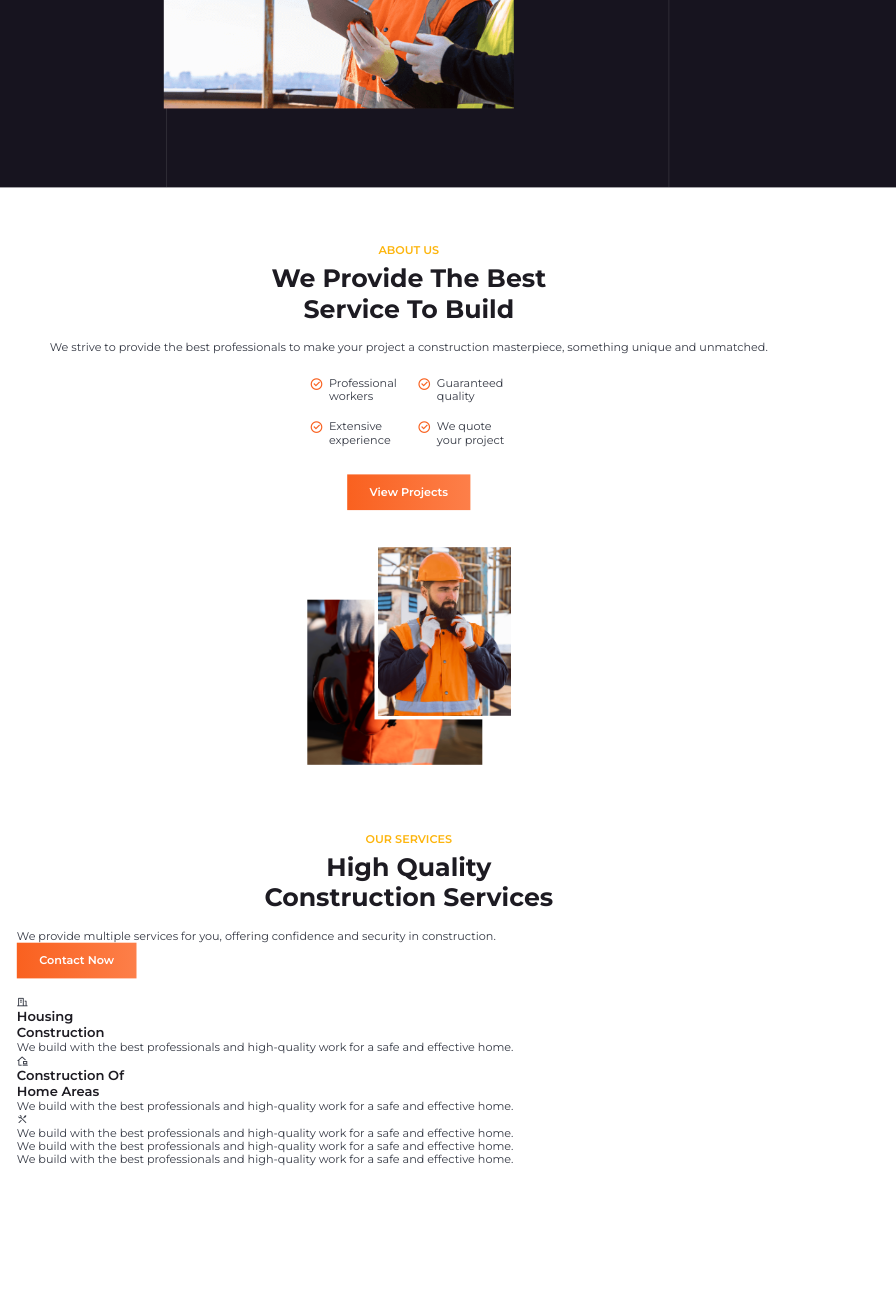
Repository: douglasabnovato/construction
Page: index.html
An editor plug-in stored every save of this project. The page is shown before and after a run of saves, followed by the edit.
The browser window is 1280 px wide. The pictures show the part of the page from y = 1554 to 3474 px (the page is 3428 px tall before and 3474 px after), at 70% of full size.

Above is the page before, as saved 2025-05-01 12:51:17.

### index.html
<!DOCTYPE html>
<html lang="en">
  <head>
    <meta charset="UTF-8" />
    <meta name="viewport" content="width=device-width, initial-scale=1.0" />

    <!--=============== FAVICON ===============-->
    <link
      rel="shortcut icon"
      href="assets/img/favicon.png"
      type="image/x-icon"
    />

    <!--=============== REMIXICONS ===============-->
    <link
      rel="stylesheet"
      href="https://cdnjs.cloudflare.com/ajax/libs/remixicon/4.2.0/remixicon.css"
    />

    <!--=============== SWIPER CSS ===============-->
    <link rel="stylesheet" href="" />

    <!--=============== CSS ===============-->
    <link rel="stylesheet" href="assets/css/styles.css" />

    <title>Construction</title>
  </head>
  <body>
    <!--==================== HEADER ====================-->
    <header class="header bg-header" id="header">
      <nav class="nav container">
        <a href="#" class="nav__logo">
          <i class="ri-bulding-3-line"></i>
          <span>Construct</span>
        </a>
        <div class="nav__menu" id="nav-menu">
          <u class="nav__list">
            <li>
              <a href="#home" class="nav__link">Home</a>
            </li>
            <li>
              <a href="#aboutus" class="nav__link"> About Us</a>
            </li>
            <li>
              <a href="#services" class="nav__link"> Services</a>
            </li>
            <li>
              <a href="#projects" class="nav__link"> Projects</a>
            </li>
            <li>
              <a href="#contactus" class="nav__link button"> Contact Us</a>
            </li>
          </u>
          <!-- Close Button -->
          <div class="nav__close" id="nav-close">
            <i class="ri-close-large-line"></i>
          </div>
        </div>
        <!-- Toggle menu -->
        <div class="nav__toggle" id="nav-toggle">
          <i class="ri-apps-2-line"></i>
        </div>
      </nav>
    </header>

    <!--==================== MAIN ====================-->
    <main class="main">
      <!--==================== HOME ====================-->
      <section class="home section" id="home">
        <img
          src="./assets/img/home-lines-bg.svg"
          alt="image"
          class="home__lines"
        />
        <div class="home__container container grid">
          <div class="home__container grid">
            <div class="home__data">
              <h1 class="home__title">
                Create The<br />
                Constructions<br />
                You Want Here
              </h1>
              <p class="home__description">
                We provide the best home design, construction and maintenance
                services for you and your family.
              </p>
              <div class="home__buttons">
                <a href="#services" class="button">Our Services</a>
                <a href="#projects" class="button__link"
                  ><span>View Projects</span> <i class="ri-arrow-right-line"></i
                ></a>
              </div>
            </div>
            <div class="home__info">
              <div>
                <h3 class="home__info-title">10+</h3>
                <p class="home__info-description">
                  Years of <br />
                  Experience
                </p>
              </div>
              <div>
                <h3 class="home__info-title">200</h3>
                <p class="home__info-description">
                  Complete <br />
                  Projects
                </p>
              </div>
            </div>
          </div>
          <div class="home__images">
            <img src="./assets/img/home-img-1.png" alt="imagem" />
            <img src="./assets/img/home-img-2.png" alt="imagem" />
          </div>
        </div>
      </section>

      <!--==================== ABOUT ====================-->
      <section class="about section" id="about">
        <div class="about__container container grid">
          <div class="about__data">
            <span class="section__subtitle">ABOUT US</span>
            <h2 class="section__title">
              We Provide The Best <br />
              Service To Build
            </h2>
            <p class="about__description">
              We strive to provide the best professionals to make your project a
              construction masterpiece, something unique and unmatched.
            </p>
            <ul class="about__list grid">
              <li class="about__list-item">
                <i class="ri-checkbox-circle-line"></i>
                <span>Professional workers</span>
              </li>
              <li class="about__list-item">
                <i class="ri-checkbox-circle-line"></i>
                <span>Guaranteed quality</span>
              </li>
              <li class="about__list-item">
                <i class="ri-checkbox-circle-line"></i>
                <span>Extensive experience</span>
              </li>
              <li class="about__list-item">
                <i class="ri-checkbox-circle-line"></i>
                <span>We quote your project</span>
              </li>
            </ul>
            <a href="#" class="button">View Projects</a>
          </div>
          <div class="about__images">
            <img
              src="./assets/img/about-img-1.png"
              alt="image"
              class="about__img-1"
            />
            <img
              src="./assets/img/about-img-2.png"
              alt="image"
              class="about__img-2"
            />
          </div>
        </div>
      </section>

      <!--==================== SERVICES ====================-->
      <section class="services section" id="services">
        <div class="services__container container grid">
          <div class="services__data">
            <div>
              <span class="section__subtitle">OUR SERVICES</span>
              <h2 class="section__title">
                High Quality <br />
                Construction Services
              </h2>
            </div>
            <p class="services__description">
              We provide multiple services for you, offering confidence and
              security in construction.
            </p>
            <a href="#contact" class="button">Contact Now</a>
          </div>
          <div class="services__swiper">
            <div>
              <article class="services__card">
                <div class="services__icon">
                  <i class="ri-building-line"></i>
                </div>
                <h3 class="services__title">
                  Housing <br />
                  Construction
                </h3>
                <p>
                  We build with the best professionals and high-quality work for
                  a safe and effective home.
                </p>
              </article>
              <article class="services__card">
                <div class="services__icon">
                  <i class="ri-home-office-line"></i>
                </div>
                <h3 class="services__title">
                  Construction Of <br />
                  Home Areas
                </h3>
                <p>
                  We build with the best professionals and high-quality work for
                  a safe and effective home.
                </p>
              </article>
              <article class="services__card">
                <div class="services__icon"><i class="ri-tools-line"></i></div>
                <h3 class="services__title"></h3>
                <p>
                  We build with the best professionals and high-quality work for
                  a safe and effective home.
                </p>
              </article>
              <article class="services__card">
                <div class="services__icon"></div>
                <h3 class="services__title"></h3>
                <p>
                  We build with the best professionals and high-quality work for
                  a safe and effective home.
                </p>
              </article>
              <article class="services__card">
                <div class="services__icon"></div>
                <h3 class="services__title"></h3>
                <p>
                  We build with the best professionals and high-quality work for
                  a safe and effective home.
                </p>
              </article>
            </div>
          </div>
          <!-- Navigation buttons -->
        </div>
        <div class="services__shape"></div>
      </section>

      <!--==================== PROJECTS ====================-->
      <section class="projects section" id="projects"></section>

      <!--==================== CONTACT ====================-->
      <section class="contact section" id="contact"></section>
    </main>

    <!--==================== FOOTER ====================-->
    <footer class="footer"></footer>

    <!--========== SCROLL UP ==========-->

    <!--=============== SCROLLREVEAL ===============-->
    <script src=""></script>

    <!--=============== SWIPER JS ===============-->
    <script src=""></script>

    <!--=============== MAIN JS ===============-->
    <script src="assets/js/main.js"></script>
  </body>
</html>

### assets/css/styles.css
/*=============== GOOGLE FONTS ===============*/
@import url("https://fonts.googleapis.com/css2?family=Montserrat:wght@100..900&display=swap");

/*=============== VARIABLES CSS ===============*/
:root {
  --header-height: 3.5rem;

  /*========== Colors ==========*/
  /*Color mode HSL(hue, saturation, lightness)*/
  --first-color: hsl(18, 95%, 55%);
  --second-color: hsl(42, 98%, 52%);
  --first-gradient: linear-gradient(
    90deg,
    hsl(18, 95%, 55%),
    hsl(18, 98%, 64%)
  );
  --title-color: hsl(255, 12%, 12%);
  --text-color: hsl(225, 12%, 24%);
  --text-color-light: hsl(255, 4%, 70%);
  --body-color: hsl(0, 0%, 100%);
  --container-color: hsl(0, 0%, 100%);
  --white-color: hsl(0, 0%, 100%);
  --black-color: hsl(255, 20%, 10%);
  --gray-border: hsl(255, 6%, 90%);
  --black-border: hsl(255, 10%, 20%);

  /*========== Font and typography ==========*/
  /*.5rem = 8px | 1rem = 16px ...*/
  --body-font: "Montserrat", sans-serif;
  --big-font-size: 2.25rem;
  --h1-font-size: 1.5rem;
  --h2-font-size: 1.25rem;
  --h3-font-size: 1rem;
  --normal-font-size: 0.938rem;
  --small-font-size: 0.813rem;

  /*========== Font weight ==========*/
  --font-regular: 400;
  --font-medium: 500;
  --font-semi-bold: 600;
  --font-bold: 700;

  /*========== z index ==========*/
  --z-tooltip: 10;
  --z-fixed: 100;
}

/*========== Responsive typography ==========*/
@media screen and (min-width: 1150px) {
  :root {
    --big-font-size: 3.5rem;
    --h1-font-size: 2.25rem;
    --h2-font-size: 1.5rem;
    --h3-font-size: 1.25rem;
    --normal-font-size: 1rem;
    --small-font-size: 0.875rem;
  }
}

/*=============== BASE ===============*/
* {
  box-sizing: border-box;
  padding: 0;
  margin: 0;
}

html {
  scroll-behavior: smooth;
}

body {
  font-family: var(--body-font);
  font-size: var(--normal-font-size);
  background-color: var(--body-color);
  color: var(--text-color);
}

h1,
h2,
h3,
h4 {
  color: var(--title-color);
  font-weight: var(--font-semi-bold);
}

ul {
  list-style: none;
}

a {
  text-decoration: none;
}

img {
  display: block;
  max-width: 100%;
  height: auto;
}

/*=============== REUSABLE CSS CLASSES ===============*/
.container {
  max-width: 1120px;
  margin-inline: 1.5rem;
}

.grid {
  display: grid;
  gap: 1.5rem;
}

.section {
  padding-block: 5rem 1rem;
}
.section__title,
.section__subtitle {
  text-align: center;
}

.section__title {
  font-size: var(--h1-font-size);
  font-weight: var(--font-bold);
  margin-bottom: 1.5rem;
}

.section__subtitle {
  display: block;
  font-size: var(--normal-font-size);
  font-weight: var(--font-semi-bold);
  color: var(--second-color);
  margin-bottom: 0.5rem;
}

.main {
  overflow: hidden;
}

/*=============== HEADER & NAV ===============*/
.header {
  position: fixed;
  width: 100%;
  top: 0;
  left: 0;
  background-color: transparent;
  z-index: var(--z-fixed);
  transition: background-color .4s;
}

.nav {
  position: relative;
  height: var(--header-height);
  display: flex;
  justify-content: space-between;
  align-items: center;
}

.nav__logo {
  display: flex;
  align-items: center;
  column-gap: 0.25rem;
}

.nav__logo span {
  color: var(--white-color);
  font-weight: var(--font-semi-bold);
  transition: color 0.4s;
}

.nav__logoi i {
  color: var(--first-color);
  font-size: 1.5rem;
}

.nav__toggle,
.nav__close {
  font-size: 1.5rem;
  color: var(--white-color);
  cursor: pointer;
  transition: color 0.4s;
}

/* Navigation for mobile devices */
@media screen and (max-width: 1150px) {
  .nav__menu {
    position: fixed;
    top: 0;
    right: -100%;
    background-color: var(--black-color);
    width: 80%;
    height: 100%;
    padding: 7.5rem 3.5rem 0;
    border-left: 2px solid var(--black-border);
    transition: right 0.4s;
  }
}

.nav__list {
  display: flex;
  flex-direction: column;
  row-gap: 4rem;
}

.nav__link {
  color: var(--text-color-light);
  font-weight: var(--font-semi-bold);
  transition: color 0.4s;
}

.nav__link:hover {
  color: var(--first-color);
}

.nav__close {
  position: absolute;
  top: 1rem;
  right: 1.5rem;
}

/* Show menu */
.show-menu {
  right: 0;
}

/* Change background header */
.bg-header{
  background-color: var(--body-color);
  box-shadow: 0 4px 16px hsla(255, 90%, 8%, .1);
}

.bg-header .nav__logo span,
.bg-header .nav__toggle{
  color: var(--title-color);
}

/* Active link */

/*=============== HOME ===============*/
.home {
  position: relative;
  background-color: var(--black-color);
}

.home__container {
  position: relative;
  row-gap: 3rem;
  padding-block: 2.5rem 6rem;
}

.home__content {
  row-gap: 2.5rem;
}

.home__data {
  text-align: center;
}

.home__title {
  color: var(--white-color);
  font-size: var(--big-font-size);
  font-weight: var(--font-bold);
  margin-bottom: 1rem;
}

.home__description{
  margin-bottom: 2.5rem;
  color: var(--text-color-light);
}

.home_buttons{
  display: flex;
  justify-content: center;
  align-items: center;
  gap: 1rem;
}

.home__info{
  display: flex;
  justify-content: center;
  column-gap: 4.5rem;
}

.home__info-title{
  color: var(--second-color);
  font-size: var(--big-font-size);
  font-weight: var(--font-bold);
  margin-bottom: .5rem;
}

.home__info-description{
  font-size: var(--small-font-size);
  color: var(--white-color);
}

.home__images{
  position: relative;
  justify-self: center;
}

.home__img-1{
  width: 250px;
  margin-left: 3.5rem;
}

.home__img-2{
  width: 150px;
  border: 5px solid var(--black-color);
  position: absolute;
  left: 0;
  bottom: -3.5rem;
}

.home__lines{
  position: absolute;
  top: 0;
  left: 0;
  width: 100%;
  height: 100%;
  object-fit: cover;
  object-position: right;
}

/*=============== BUTTON ===============*/
.button {
  display: inline-flex;
  background: var(--first-gradient);
  color: var(--white-color);
  font-weight: var(--font-semi-bold);
  padding: 1rem 2rem;
  transition: box-shadow .4s;
}

.button:hover{
  box-shadow: 0 8px 32px hsla(18, 95%, 55%, .3);
  color: var(--white-color);
}

.button__link {
  display: flex;
  align-items: center;
  column-gap: .25rem;
  color: var(--first-color);
}

.button__link span{
  font-weight: var(--font-semi-bold);
}

.button__link i {
  font-size: 1.5rem;
  transition: transform .4s;
}

.button__link:hover i {
  transform: translateX(.25rem)
}

/*=============== ABOUT ===============*/
.about__container {
  row-gap: 8rem;
}

.about__data {
  text-align: center;
}

.about__description {
  margin-bottom: 2rem;
}

.about__list {
  text-align: initial;
  grid-template-columns: repeat(2, 130px);
  justify-content: center;
  gap: 1.5rem;
  margin-bottom: 2.5rem;
}

.about__list-item {
  display: flex;
  column-gap: .5rem;
  color: var(--tittle-color);
}

.about__list-item i {
  font-size: 1.25rem;
  color: var(--first-color);
}

.about__images{
  position: relative;
  justify-self: center;
}

.about__img-1 {
  width: 200px;
  border: 5px solid var(--body-color);
  position: absolute;
  top: -5rem;
  left: 6rem;
}

.about__img-2 {
  width: 250px;
  margin-right: 2.5rem;
}


/*=============== SERVICES ===============*/

/* Swiper class */

/*=============== PROJECTS ===============*/

/*=============== CONTACT ===============*/

/*=============== FOOTER ===============*/

/*=============== SCROLL BAR ===============*/

/*=============== SCROLL UP ===============*/

/* Show Scroll Up */

/*=============== BREAKPOINTS ===============*/
/* For small devices */

/* For medium devices */

/* For large devices */

### assets/js/main.js
/*=============== SHOW MENU ===============*/
const navMenu = document.getElementById('nav-menu'),
      navToggle = document.getElementById('nav-toggle'),
      navClose = document.getElementById('nav-close')

/* Menu show */
if(navToggle){
    navToggle.addEventListener('click', () =>{
        navMenu.classList.add('show-menu')
    })
}

/* Menu hidden */
if(navClose){
    navClose.addEventListener('click', () =>{
        navMenu.classList.remove('show-menu')
    })
}

/*=============== REMOVE MENU MOBILE ===============*/
const navLink = document.querySelectorAll('.nav__link')

const linkAction = () =>{
    const navMenu = document.getElementById('nav-menu')
    // When we click on each nav__link, we remove the show-menu class
    navMenu.classList.remove('show-menu')
}
navLink.forEach(n => n.addEventListener('click', linkAction))


/*=============== CHANGE BACKGROUND HEADER ===============*/
const bgHeader = () =>{
    const header = document.getElementById('header')
    // Add a class if the bottom offset is greater than 50 of the viewport
    this.scrollY >= 50 ? header.classList.add('bg-header')
                       : header.classList.remove('bg-header')
}
window.addEventListener('scroll', bgHeader)
bgHeader()

/*=============== SWIPER SERVICES ===============*/

/*=============== SHOW SCROLL UP ===============*/

/*=============== SCROLL SECTIONS ACTIVE LINK ===============*/

/*=============== SCROLL REVEAL ANIMATION ===============*/

After the next 2 saves:
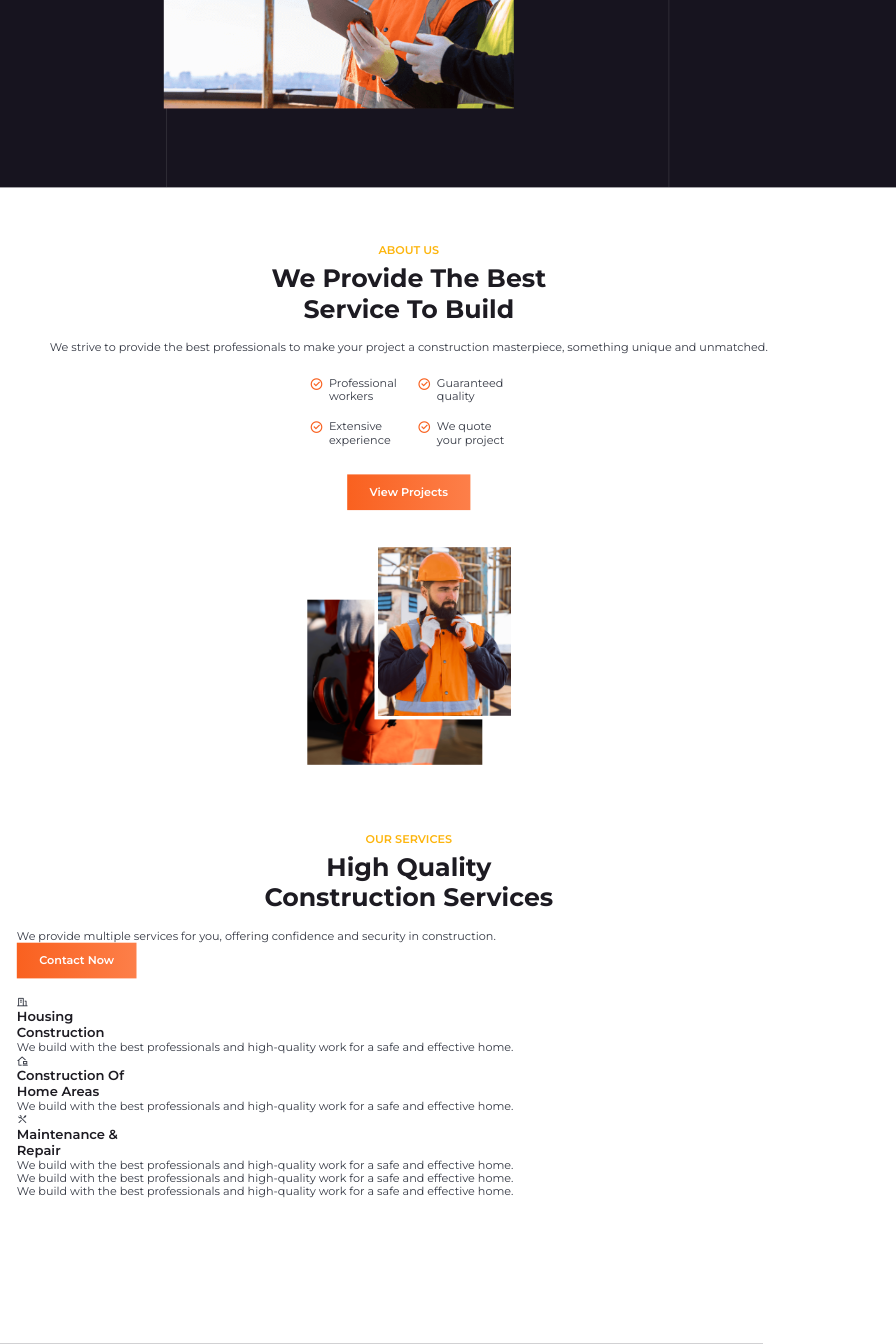
The 2 saves are shown as one change because they came seconds apart.
The last was saved 17 s later.
--- a/index.html
+++ b/index.html
@@ -210,7 +210,10 @@
               </article>
               <article class="services__card">
                 <div class="services__icon"><i class="ri-tools-line"></i></div>
-                <h3 class="services__title"></h3>
+                <h3 class="services__title">
+                  Maintenance & <br />
+                  Repair
+                </h3>
                 <p>
                   We build with the best professionals and high-quality work for
                   a safe and effective home.
